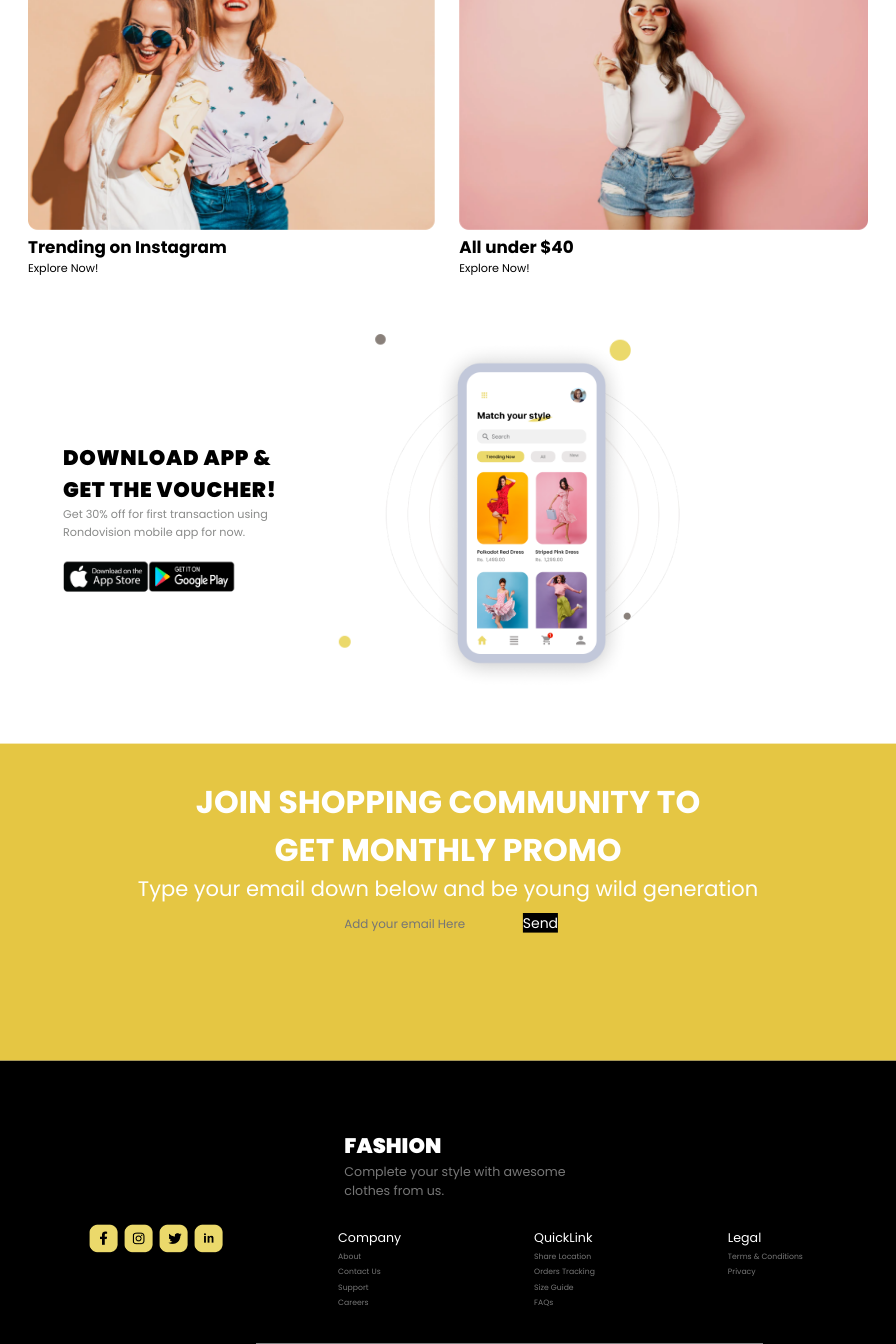
Repository: isaacCodes1/FashionWebsite
Page: index.html
These files come from the project's save history. The page is drawn as it stood at one moment and after the next save; the edit follows.
The browser window is 1280 px wide. The pictures show the part of the page from y = 2505 to 4425 px (the page is 4425 px tall), at 70% of full size.

Above is the page before, as saved 2024-03-14 10:39:24.

After the next save:
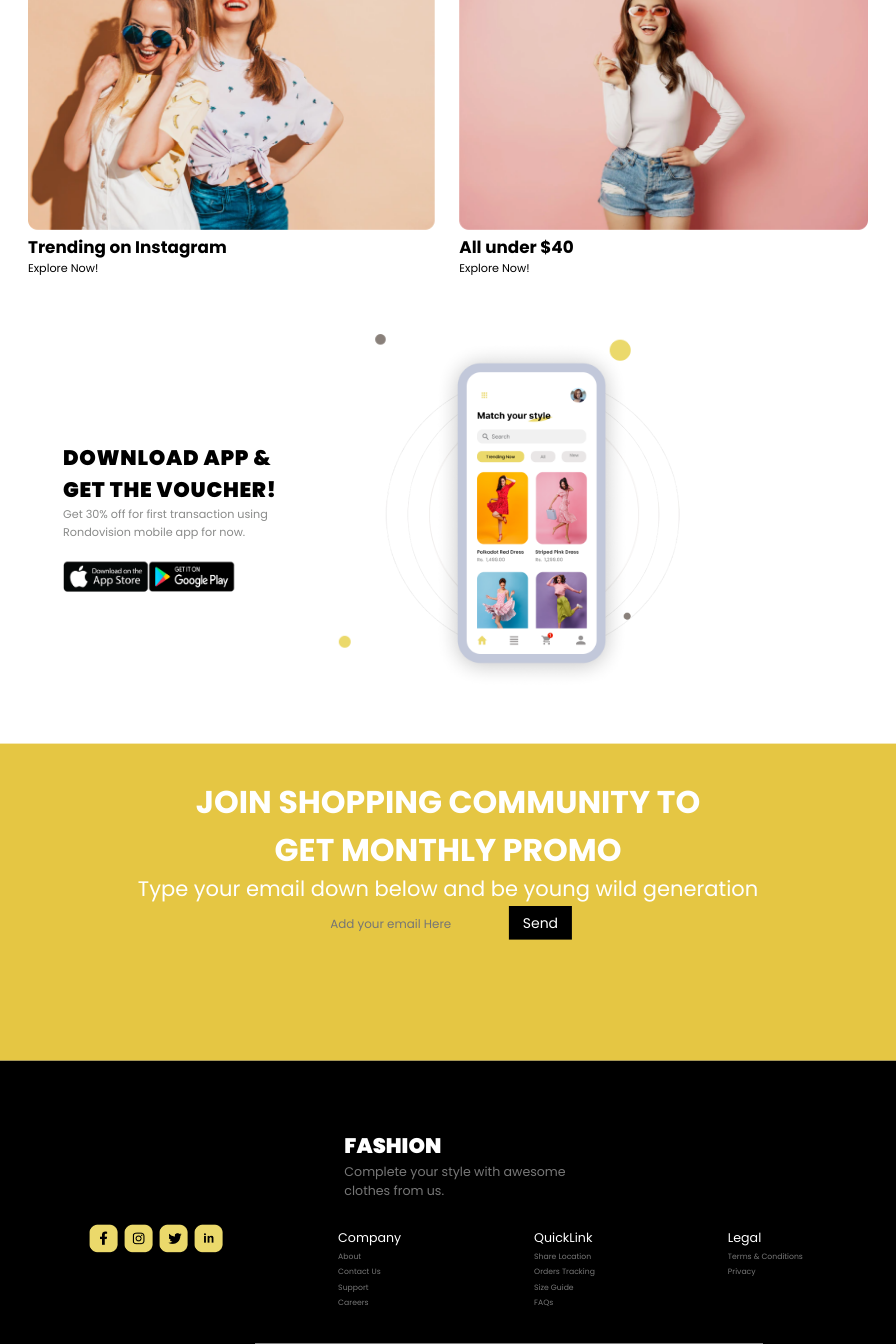
Saved 4 s later.
--- a/style.css
+++ b/style.css
@@ -493,7 +493,7 @@
   text-decoration: 0;
   color: #fff;
   background: #000;
-  padding: ;
+  padding: 10px 20px;
 }
 .footDiv {
   background: #000;
